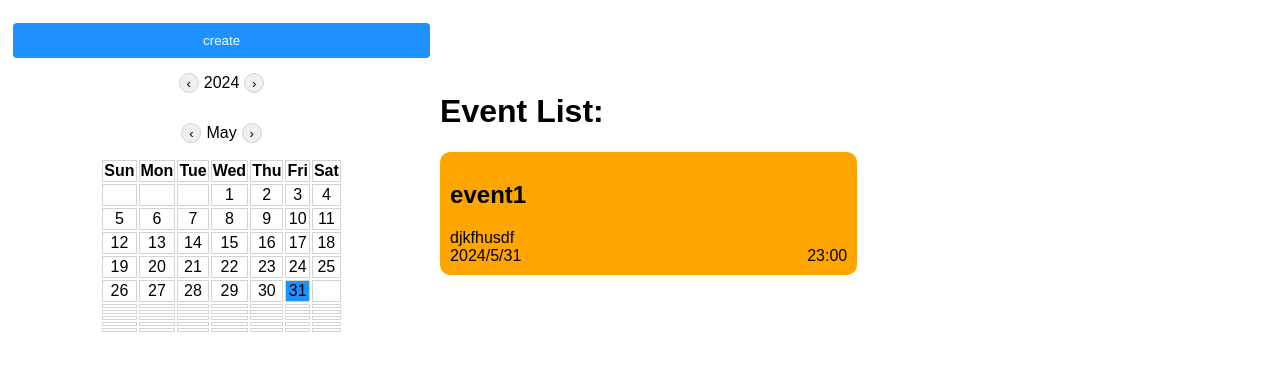
Repository: fateme81yosefi/calendar
Page: index.html
An editor plug-in stored every save of this project. The page is shown before and after a run of saves, followed by the edit.
The browser window is 1280 px wide. The pictures show the whole page.

Above is the page before, as saved 2024-05-31 08:52:28.

After the next 3 saves:
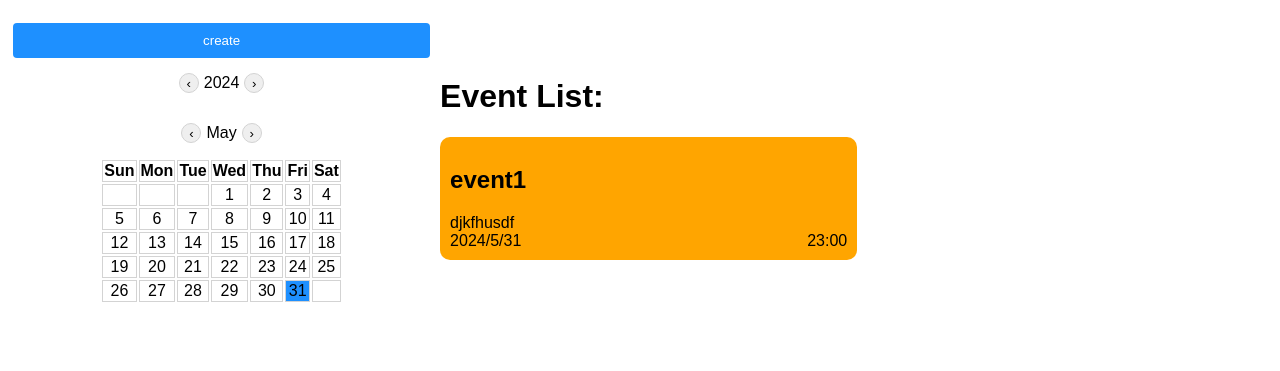
Console error: TypeError: Cannot read properties of null (reading 'appendChild')
The 3 saves are shown as one change because they came seconds apart.
The last was saved 10 s later.
--- a/index.html
+++ b/index.html
@@ -69,7 +69,7 @@
       <script>
         var event = document.createElement("event");
         var eventlist = document.querySelector("event-list");
-        table.appendChild(tableBody);
+        eventlist.appendChild(event);
 
         var rows = 5;
         var cols = 7;
